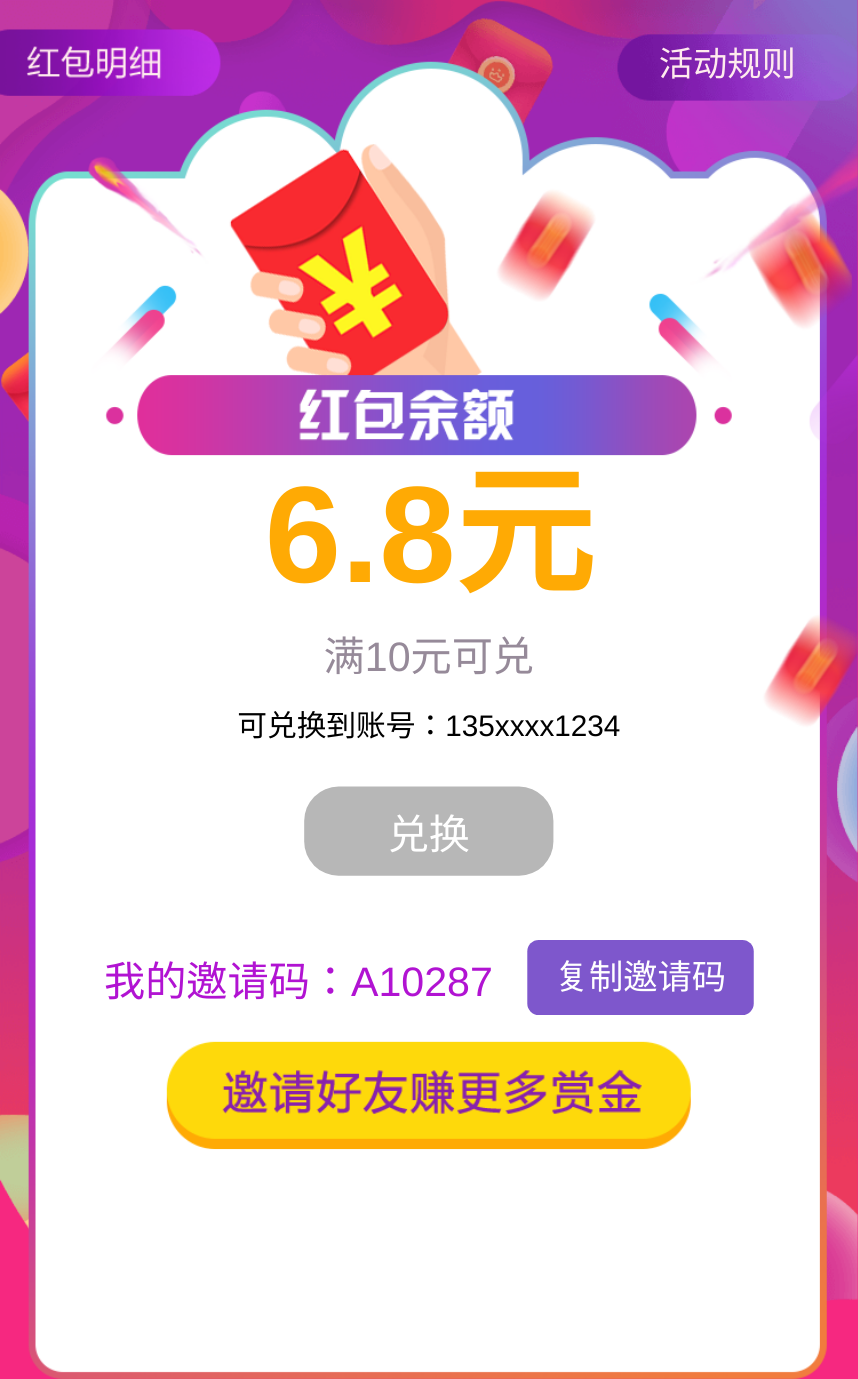
Repository: wangbiaozy/hb
Page: index_ye.html
These files come from the project's save history. The page is drawn as it stood at one moment and after the next save; the edit follows.
The browser window is 1280 px wide. The pictures show the whole page, at 67% of full size.

Above is the page before, as saved 2018-08-17 15:01:49.

After the next save:
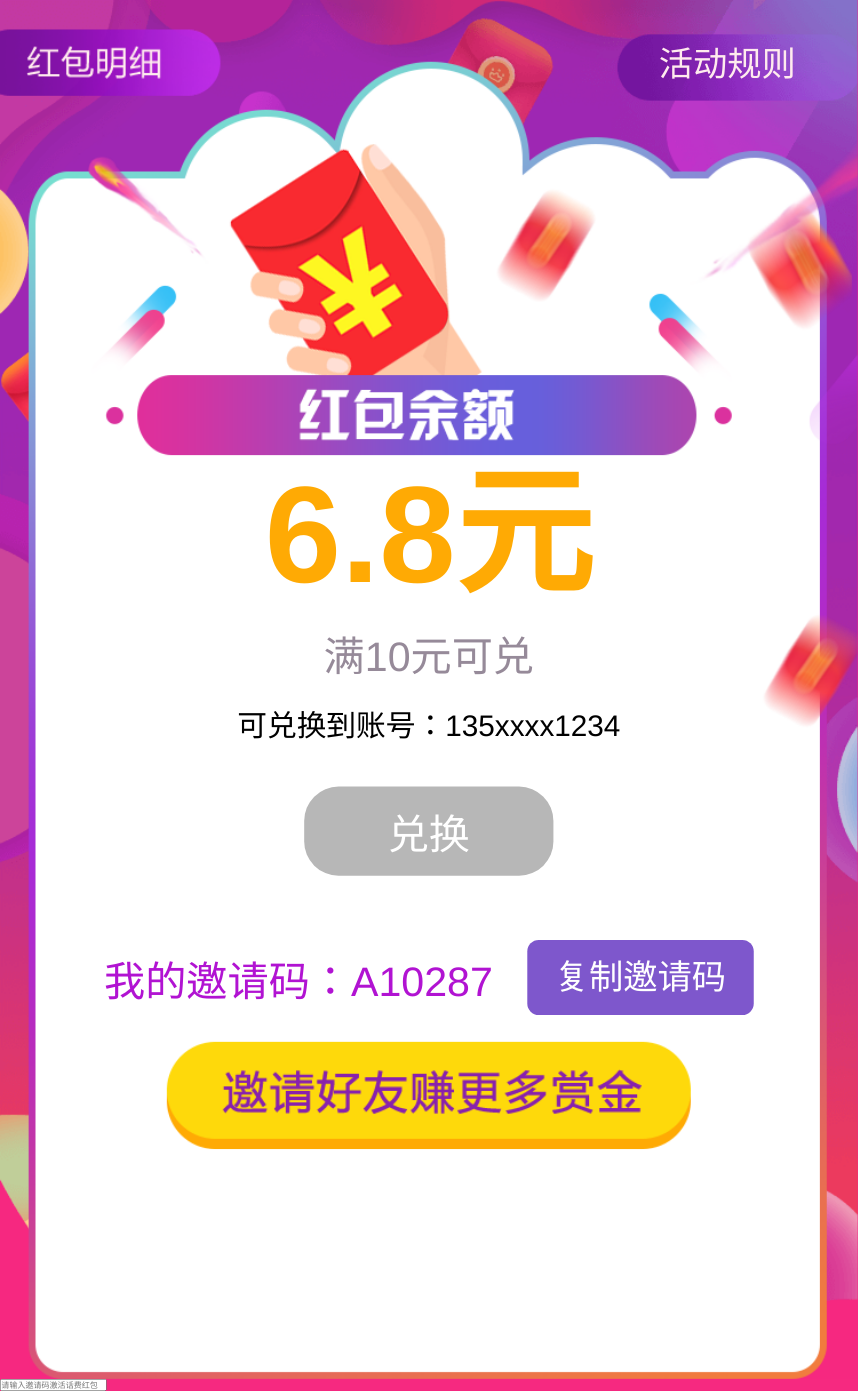
Saved 4 min 39 s later.
--- a/index_ye.html
+++ b/index_ye.html
@@ -29,7 +29,12 @@
             <a href="javascript:void(0)"></a>
         </div>
     </section>
-
+    <!-- 兑换弹窗 -->
+    <section class="conversion">
+        <div>
+            <input type="text" placeholder="请输入邀请码激活话费红包">
+        </div>
+    </section>
     <!-- 活动规则弹窗 -->
     <section class="rule">
         <a href="javascript:void(0)"></a>
